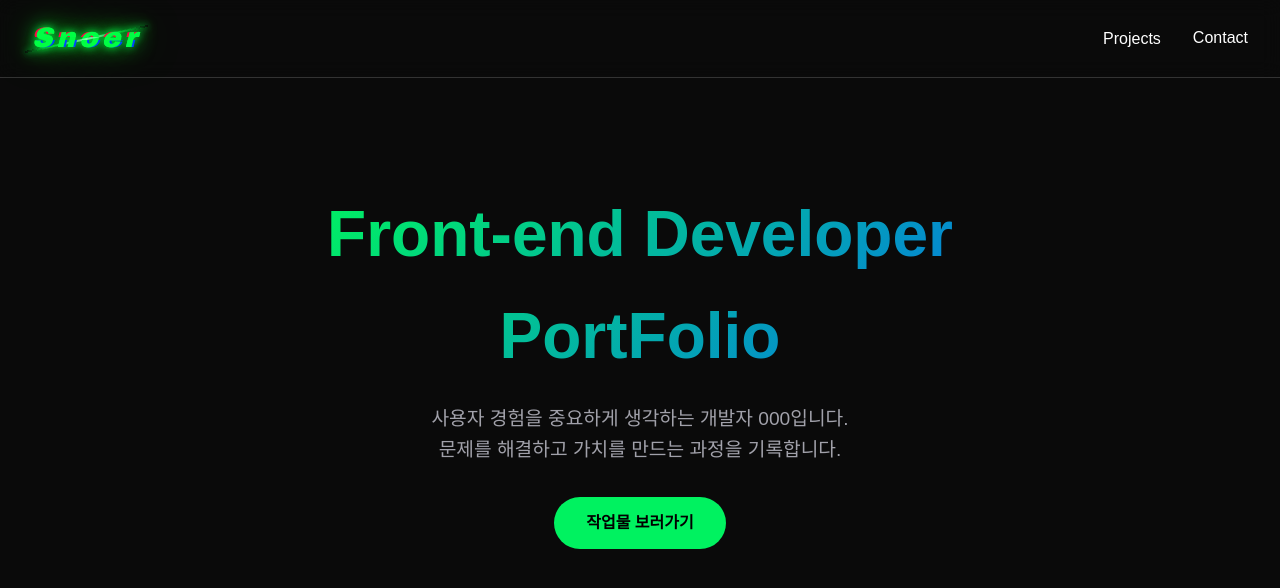
Repository: SnowsFE/works
Page: / (app in Works/)
The author's editor kept a copy of each file at every save. The page is drawn from the files as they stood at one save, then again after the next save.
The browser window is 1280 px wide. The pictures show the whole page.
The project was rebuilt for these pictures with package versions that can differ from the ones it lists, and the page was loaded fresh each time. Also part of the build but not shown: Works/vite.config.js, Works/src/pages/Projects.jsx, Works/src/components/common/ContactModal.jsx.

Above is the page before, as saved 2026-02-22 18:21:40.

### Works/index.html
<!doctype html>
<html lang="en">
  <head>
    <meta charset="UTF-8" />
    <link rel="icon" type="image/svg+xml" href="/vite.svg" />
    <meta name="viewport" content="width=device-width, initial-scale=1.0" />
    <title>works</title>
  </head>
  <body>
    <div id="root"></div>
    <script type="module" src="/src/main.jsx"></script>
  </body>
</html>

### Works/src/App.jsx
import { useState } from "react";
import { BrowserRouter, Routes, Route } from "react-router-dom";
import { ThemeProvider } from "styled-components";
import GlobalStyle from "./styles/GlobalStyle";
import { theme } from "./styles/theme";

import Navbar from "./components/common/Navbar";
import Home from "./pages/Home";
import Projects from "./pages/Projects";
import ContactModal from "./components/common/ContactModal";

function App() {
  const [isContactOpen, setIsContactOpen] = useState(false);

  return (
    <ThemeProvider theme={theme}>
      <GlobalStyle />
      <BrowserRouter>
        <Navbar onContactClick={() => setIsContactOpen(true)} />
        <Routes>
          <Route path="/" element={<Home />} />
          <Route path="/projects" element={<Projects />} />
          {/* /contact 라우트 제거 */}
        </Routes>

        {/* 전역 모달 */}
        {isContactOpen && (
          <ContactModal onClose={() => setIsContactOpen(false)} />
        )}
      </BrowserRouter>
    </ThemeProvider>
  );
}

export default App;

### Works/src/styles/GlobalStyle.js
import { createGlobalStyle } from "styled-components";

const GlobalStyle = createGlobalStyle`
  * {
    margin: 0;
    padding: 0;
    box-sizing: border-box;
  }

  body {
    background-color: ${({ theme }) => theme.colors.background};
    color: ${({ theme }) => theme.colors.textMain};
    font-family: ${({ theme }) => theme.fonts.main};
    line-height: 1.6;
    overflow-x: hidden;
  }

  a {
    text-decoration: none;
    color: inherit;
  }

  ul {
    list-style: none;
  }
`;

export default GlobalStyle;

### Works/src/styles/theme.js
export const theme = {
  colors: {
    background: "#0a0a0a", // 깊은 검정
    surface: "#1e1e1e", // 카드 배경
    primary: "#00f260", // 포인트 컬러 (네온 그린)
    secondary: "#0575e6", // 보조 컬러 (블루)
    textMain: "#ffffff", // 메인 텍스트
    textSub: "#a1a1aa", // 서브 텍스트
    border: "#333333", // 테두리
  },
  fonts: {
    main: "'Pretendard', sans-serif", // 폰트는 프리텐다드 추천
  },
};

### Works/src/components/common/Navbar.jsx
import styled, { keyframes } from "styled-components";
import { Link } from "react-router-dom";

// ========== 애니메이션 ==========
const flicker = keyframes`
  0%, 95%, 100% { opacity: 1; }
  96%            { opacity: 0.6; }
  97%            { opacity: 1; }
  98%            { opacity: 0.3; }
  99%            { opacity: 1; }
`;

const glitchTop = keyframes`
  0%, 90%, 100% { transform: translate(0); }
  92%            { transform: translate(-3px, -1px); }
  94%            { transform: translate(3px, 0); }
  96%            { transform: translate(-2px, 1px); clip-path: polygon(0 15%, 100% 15%, 100% 45%, 0 45%); }
  98%            { transform: translate(2px, -1px); }
`;

const glitchBottom = keyframes`
  0%, 85%, 100% { transform: translate(0); }
  87%            { transform: translate(4px, 1px); }
  89%            { transform: translate(-2px, 0); }
  91%            { transform: translate(2px, -1px); clip-path: polygon(0 55%, 100% 55%, 100% 85%, 0 85%); }
  93%            { transform: translate(-3px, 1px); }
`;

// ========== 스타일 ==========
const Nav = styled.nav`
  display: flex;
  justify-content: space-between;
  align-items: center;
  padding: 1rem 2rem;
  position: sticky;
  top: 0;
  background: rgba(10, 10, 10, 0.8);
  backdrop-filter: blur(10px);
  z-index: 100;
  border-bottom: 1px solid ${({ theme }) => theme.colors.border};
`;

const GlitchLogo = styled(Link)`
  position: relative;
  text-decoration: none;
  display: flex;
  align-items: center;

  /* 메인 텍스트 */
  .glitch-text {
    font-family: "Arial Black", "Impact", sans-serif;
    font-size: 28px;
    font-weight: 900;
    font-style: italic;
    color: #00ff44;
    letter-spacing: 4px;
    text-shadow:
      0 0 8px #00ff44,
      0 0 20px #00cc33,
      0 0 40px #009922;
    animation: ${flicker} 4s infinite;
    position: relative;
    user-select: none;
  }

  /* 슬래시 라인 */
  .glitch-text::before {
    content: "";
    position: absolute;
    top: 48%;
    left: -8px;
    width: calc(100% + 16px);
    height: 2px;
    background: linear-gradient(
      90deg,
      transparent,
      #00ff44,
      #aaffcc,
      #00ff44,
      transparent
    );
    transform: rotate(-12deg);
    box-shadow:
      0 0 6px #00ff44,
      0 0 14px #00cc33;
    opacity: 0.75;
  }

  /* 글리치 레이어 1 (위) */
  .glitch-clone-top {
    content: attr(data-text);
    font-family: "Arial Black", "Impact", sans-serif;
    font-size: 28px;
    font-weight: 900;
    font-style: italic;
    letter-spacing: 4px;
    position: absolute;
    top: 0;
    left: 0;
    color: #00ff44;
    text-shadow: -2px 0 #ff0044;
    clip-path: polygon(0 20%, 100% 20%, 100% 40%, 0 40%);
    animation: ${glitchTop} 3s infinite;
    pointer-events: none;
    user-select: none;
  }

  /* 글리치 레이어 2 (아래) */
  .glitch-clone-bottom {
    font-family: "Arial Black", "Impact", sans-serif;
    font-size: 28px;
    font-weight: 900;
    font-style: italic;
    letter-spacing: 4px;
    position: absolute;
    top: 0;
    left: 0;
    color: #00ff44;
    text-shadow: 2px 0 #0044ff;
    clip-path: polygon(0 60%, 100% 60%, 100% 80%, 0 80%);
    animation: ${glitchBottom} 3s infinite;
    pointer-events: none;
    user-select: none;
  }

  &:hover .glitch-text {
    text-shadow:
      0 0 12px #00ff44,
      0 0 30px #00cc33,
      0 0 60px #009922;
  }
`;

const Menu = styled.div`
  display: flex;
  gap: 2rem;

  a {
    font-weight: 500;
    transition: color 0.3s;
    position: relative;

    &::after {
      content: "";
      position: absolute;
      left: 0;
      bottom: -4px;
      width: 0;
      height: 2px;
      background: ${({ theme }) => theme.colors.primary};
      transition: width 0.3s ease;
    }

    &:hover {
      color: ${({ theme }) => theme.colors.primary};
    }

    &:hover::after {
      width: 100%;
    }
  }
`;

const ContactBtn = styled.button`
  background: none;
  border: none;
  font-weight: 500;
  color: inherit;
  cursor: pointer;
  font-size: 1rem;
  font-family: inherit;
  position: relative;
  padding: 0;

  &::after {
    content: "";
    position: absolute;
    left: 0;
    bottom: -4px;
    width: 0;
    height: 2px;
    background: ${({ theme }) => theme.colors.primary};
    transition: width 0.3s ease;
  }

  &:hover {
    color: ${({ theme }) => theme.colors.primary};
  }

  &:hover::after {
    width: 100%;
  }
`;

// ========== 컴포넌트 ==========
const Navbar = ({ onContactClick }) => {
  return (
    <Nav>
      <GlitchLogo to="/">
        <span className="glitch-text">Snoer</span>
        <span className="glitch-clone-top" aria-hidden="true">
          Snoer
        </span>
        <span className="glitch-clone-bottom" aria-hidden="true">
          Snoer
        </span>
      </GlitchLogo>
      <Menu>
        <Link to="/projects">Projects</Link>
        <ContactBtn onClick={onContactClick}>Contact</ContactBtn>
      </Menu>
    </Nav>
  );
};

export default Navbar;

### Works/src/pages/Home.jsx
import styled from "styled-components";
import { Link } from "react-router-dom";

// 나중에 뒷배경에 mp4로 포폴링 실제 동작 영상 넣기
const Container = styled.div`
  display: flex;
  flex-direction: column;
  justify-content: center;
  align-items: center;
  height: 80vh;
  text-align: center;
`;

const Title = styled.h1`
  font-size: 4rem;
  font-weight: 800;
  margin-bottom: 1rem;
  background: linear-gradient(
    135deg,
    ${({ theme }) => theme.colors.primary},
    ${({ theme }) => theme.colors.secondary}
  );
  background-clip: text;
  -webkit-background-clip: text;
  -webkit-text-fill-color: transparent;

  @media (max-width: 768px) {
    font-size: 2.5rem;
  }
`;

const Subtitle = styled.p`
  font-size: 1.2rem;
  color: ${({ theme }) => theme.colors.textSub};
  max-width: 600px;
  margin-bottom: 2rem;
`;

const Button = styled(Link)`
  padding: 0.8rem 2rem;
  background-color: ${({ theme }) => theme.colors.primary};
  color: #000;
  font-weight: 700;
  border-radius: 50px;
  transition:
    transform 0.2s,
    box-shadow 0.2s;

  &:hover {
    transform: translateY(-3px);
    box-shadow: 0 10px 20px rgba(0, 242, 96, 0.2);
  }
`;

const Home = () => {
  return (
    <Container>
      <Title>
        Front-end Developer
        <br />
        PortFolio
      </Title>
      <Subtitle>
        사용자 경험을 중요하게 생각하는 개발자 000입니다.
        <br />
        문제를 해결하고 가치를 만드는 과정을 기록합니다.
      </Subtitle>
      <Button to="/projects">작업물 보러가기</Button>
    </Container>
  );
};

export default Home;

Loaded but not shown: Works/src/main.jsx (common file)

After the next save:
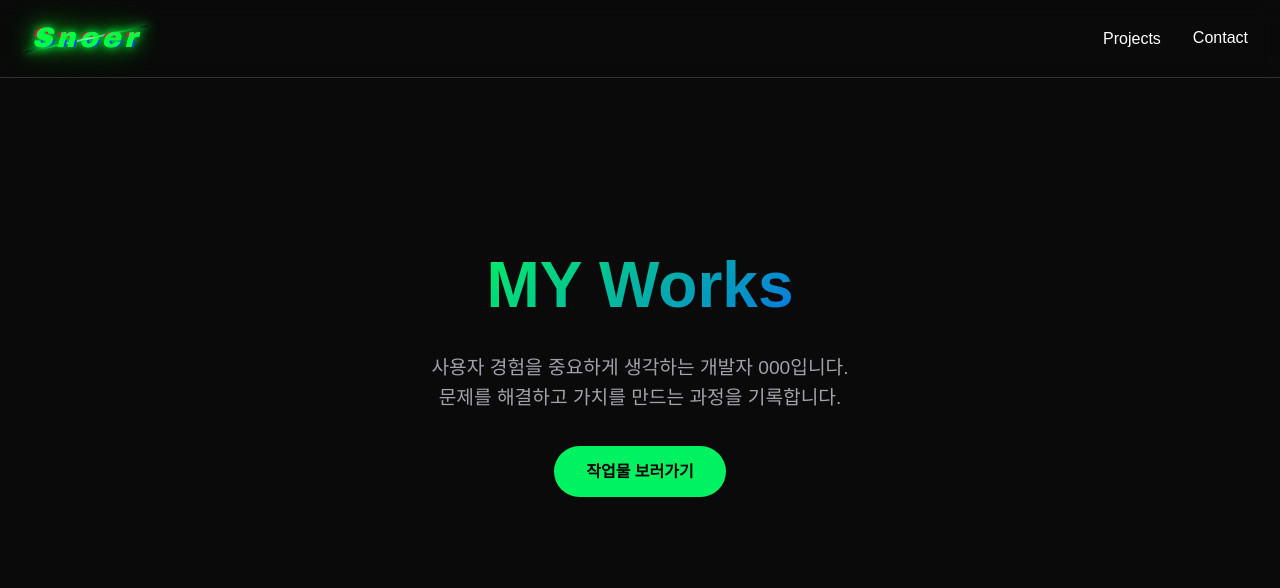
Saved 17 min 15 s later.
--- a/Works/src/pages/Home.jsx
+++ b/Works/src/pages/Home.jsx
@@ -55,11 +55,7 @@ const Button = styled(Link)`
 const Home = () => {
   return (
     <Container>
-      <Title>
-        Front-end Developer
-        <br />
-        PortFolio
-      </Title>
+      <Title>MY Works</Title>
       <Subtitle>
         사용자 경험을 중요하게 생각하는 개발자 000입니다.
         <br />
